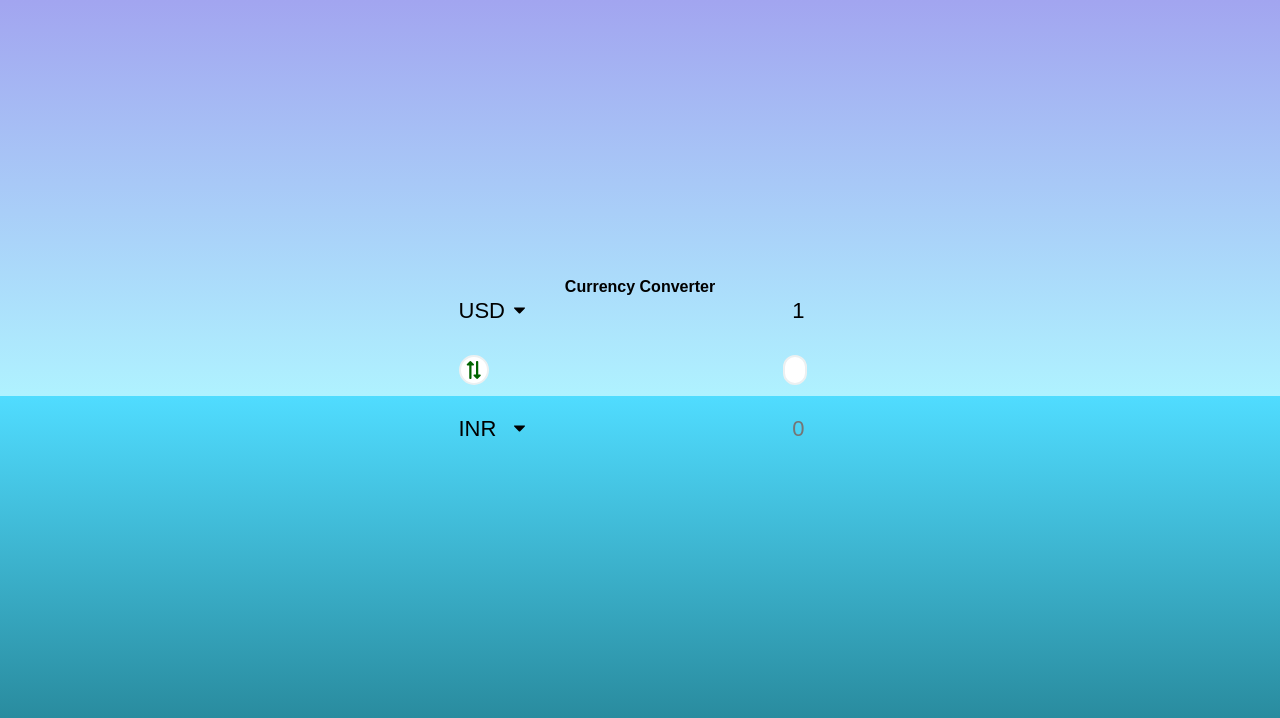
Repository: Sp4ngl3r/Currency-Converter
Page: currency.html
These files come from the project's save history. The page is drawn as it stood at one moment and after the next save; the edit follows.
The browser window is 1280 px wide. The pictures show the whole page.
The page's requests for data from a server got no answer. Some web fonts or font styles are not loaded; a fallback is used. Some web libraries are served in a nearby version.

Above is the page before, as saved 2020-04-19 09:15:14.

After the next save:
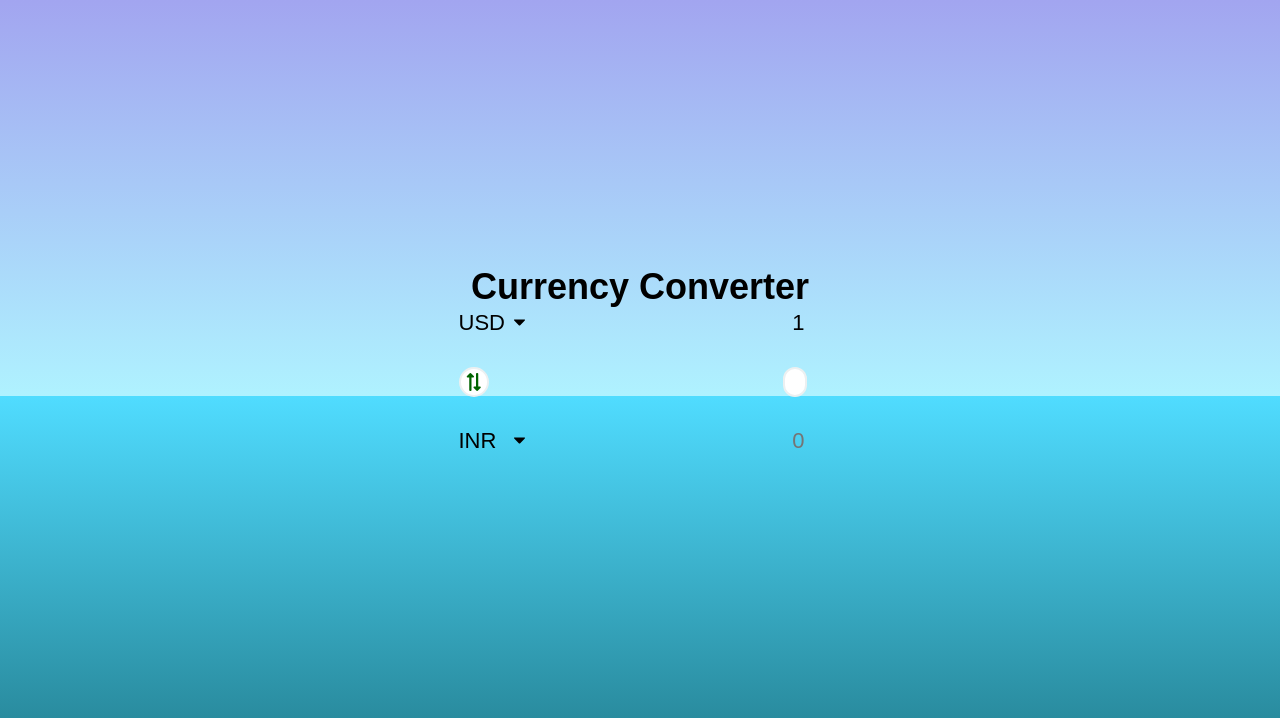
Saved 17 s later.
--- a/currency.css
+++ b/currency.css
@@ -84,7 +84,7 @@ button:focus {
 }
 h1 {
   font-family: "Comic Sans MS", cursive, sans-serif;
-  font-size: 16px;
+  font-size: 36px;
   font-weight: bold;
   margin-top: 0px;
   margin-bottom: 1px;
